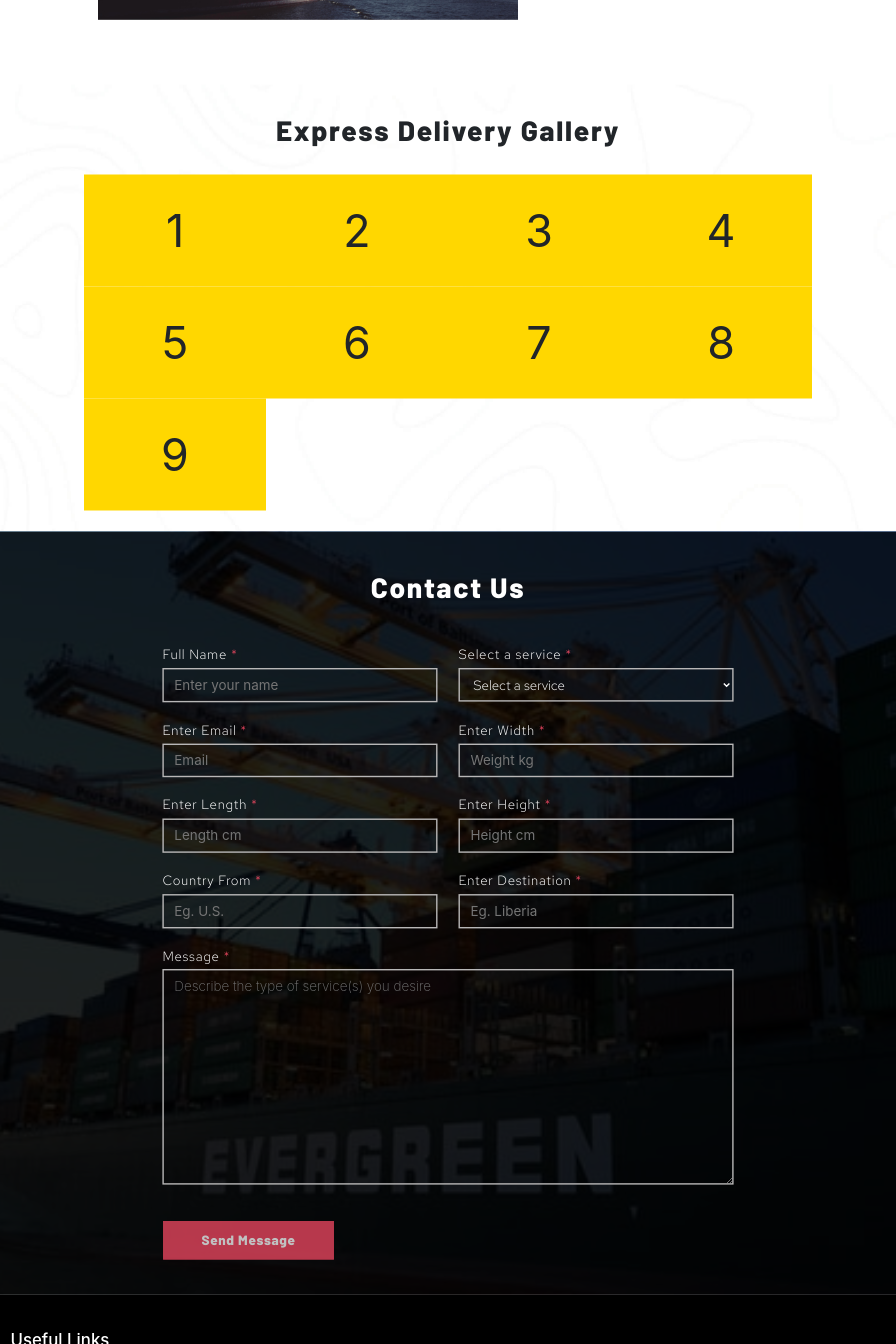
Repository: just-mann/express-delivery
Page: index.html
An editor plug-in stored every save of this project. The page is shown before and after the next save, followed by the edit.
The browser window is 1280 px wide. The pictures show the part of the page from y = 2655 to 4575 px (the page is 5321 px tall before and 5187 px after), at 70% of full size.
Some web libraries are served in a nearby version. The style sheet was rebuilt from its Sass, Less or Tailwind sources for each picture, by a compiler version that may differ from the author's.

Above is the page before, as saved 2021-07-08 01:28:32.

After the next save:
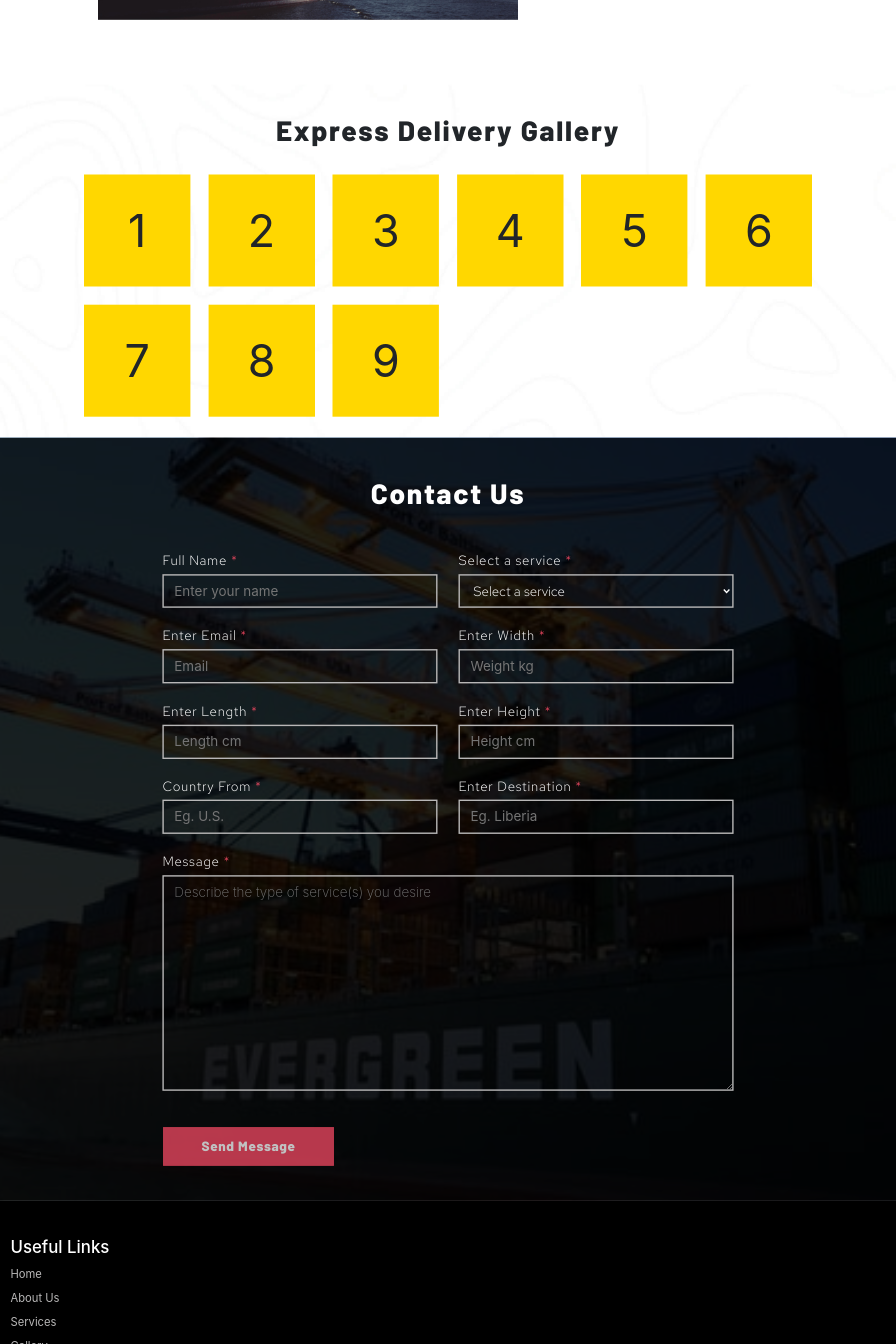
Saved 50 s later.
--- a/Sass/style.scss
+++ b/Sass/style.scss
@@ -483,7 +483,8 @@ header {
     .gallery__div {
         @include my_container;
         display: grid;
-        grid-template-columns: repeat(4, 1fr);
+        grid-template-columns: repeat(auto-fill, minmax(150px, 1fr));
+        gap: 2vw;
 
 
         div {
